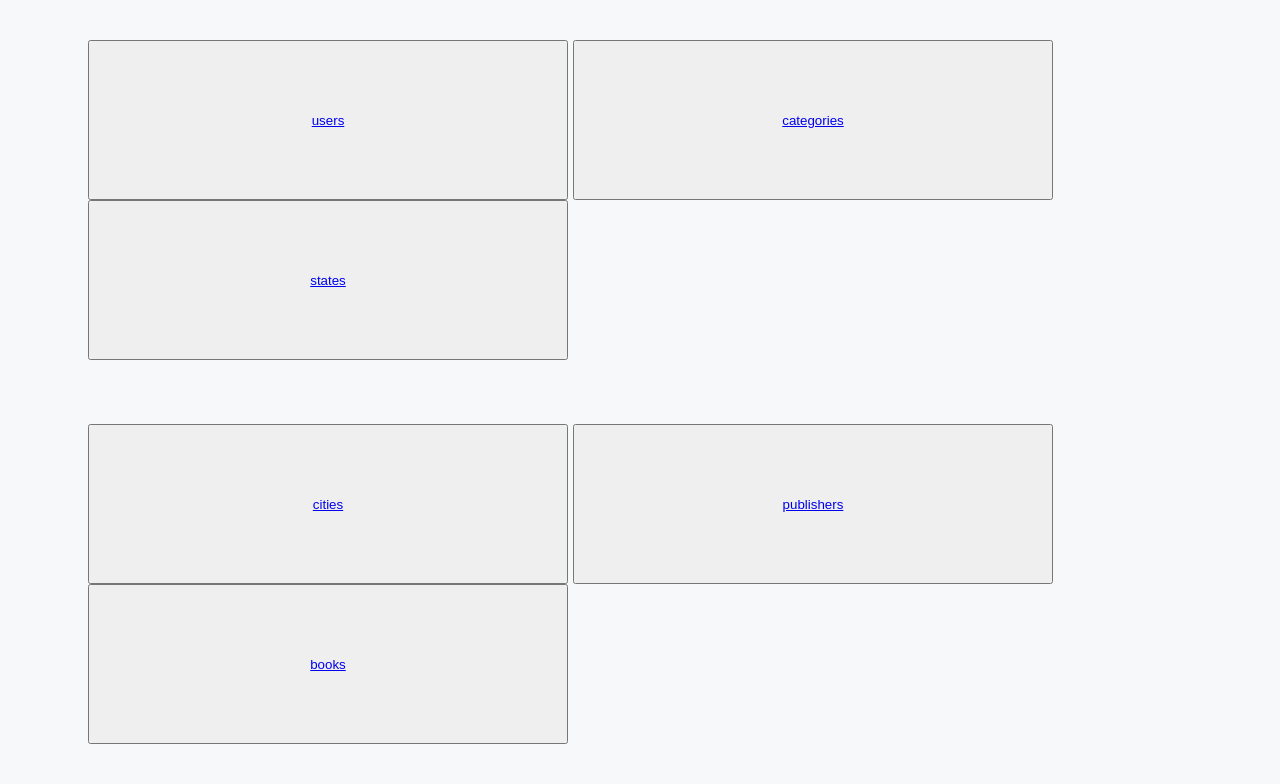
Repository: fontanive12/Biblioteca
Page: front/paginaInicial.html
The author's editor kept a copy of each file at every save. The page is drawn from the files as they stood at one save, then again after the next save.
The browser window is 1280 px wide. The pictures show the whole page.

Above is the page before, as saved 2022-09-05 17:21:06.

After the next save:
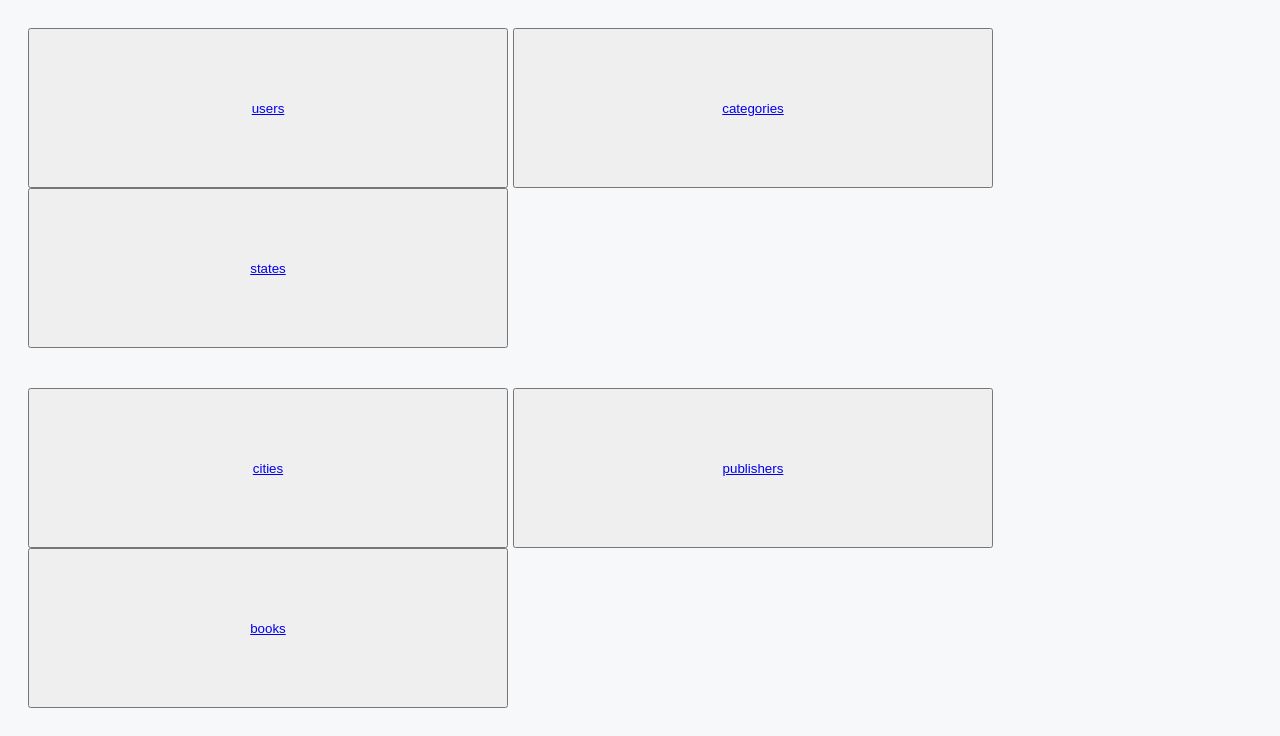
Saved 5 s later.
--- a/front/styles.css
+++ b/front/styles.css
@@ -14,7 +14,7 @@ td {
 .containerButtons {
   max-width: 100rem;
   /* margin: 1rem; */
-  padding: 2rem 5rem 2rem 5rem;
+  padding: 20px
 }
 
 .buttonMenu {
